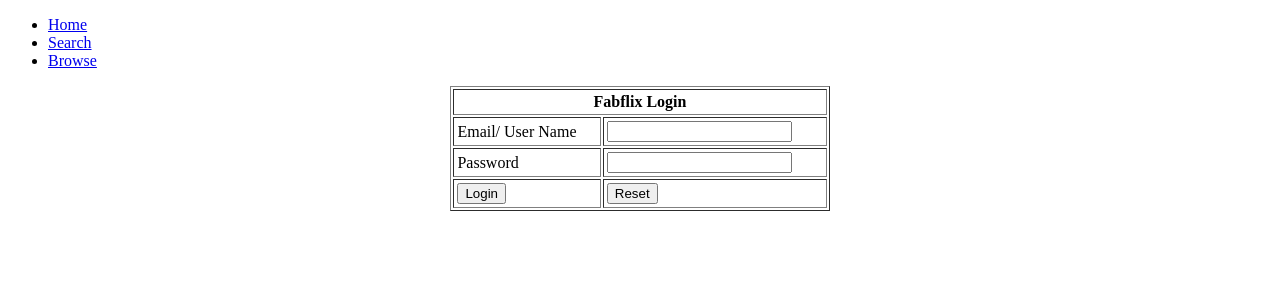
Repository: AndrewHarryKim/cs122B
Page: http://localhost/FabFlix/Main
The author's editor kept a copy of each file at every save. The page is drawn from the files as they stood at one save, then again after the next save.
The browser window is 1280 px wide. The pictures show the whole page.
The page is served by Tomcat 9. Other server files are loaded and not shown.

Above is the page before, as saved 2016-04-21 10:02:30.

### Site2/FabFlix/WebContent/WEB-INF/main.jsp
<%@include file='var.jsp'%>
<%
	// This portion of the code is vital to make it so the user cannot access a page w/o being logged in.
    if ((session.getAttribute("email") == null) || (session.getAttribute("email") == "")) {
		String redirectURL = loginPath+"?message=";

        RequestDispatcher dispatcher = null;
		dispatcher = getServletContext().getRequestDispatcher("/WEB-INF/"+redirectURL);
        dispatcher.forward(request, response);
    }

%>
<%@include file="header.jsp" %>
Welcome <%=session.getAttribute("first_name")%>
<a align= "right" href=<%=logoutPath+""%>>Log out</a>
<%
	out.println("</br>");
    out.println("<a href='"+browseGenre+"'>Browse by Genre</a>");
    out.println("<a href='"+browseTitle+"'>Browse by Title</a>");
%>

### Site2/FabFlix/WebContent/WEB-INF/var.jsp
<!-- This File holds the Login Details and other Globals -->
<%
	// This is the Login for the DB
	String DB_USER= "root";
	String DB_PASS="pops711";
	// This is the location of the Login Portal
	String loginPath="index.jsp";
	// This is the location of the Login-Authentication
	String authLoginPath="Login";
	// This is the location of the Logout script
	String logoutPath="logout.jsp";
	//This is the location of the HomePage
	String homePath="Main";
	// This is the location of the Search Page
	String searchPath="";
	// This is the location of the General Browsing Page and the sub-pages
	String browsePath="browse.jsp";
	String browseGenre="browse.jsp?by=genre";
	String browseTitle="browse.jsp?by=title";
	// This is the location of the movie-list after you find one.
	String movieListPath="movie-list.jsp";
%>

### Site2/FabFlix/WebContent/WEB-INF/header.jsp
<header class="siteHeader">
	<nav class="navbar">
		<ul class="navlist">
			<li><a href="/FabFlix/home">Home</a></li>
			<li><a href="/FabFlix/search">Search</a></li>
			<li><a href="/FabFlix/browse">Browse</a></li>
		</ul>
	</nav>
</header>

### Site2/FabFlix/WebContent/WEB-INF/index.jsp
<%@include file='var.jsp'%>
<%@page contentType="text/html" pageEncoding="UTF-8"%>
<!DOCTYPE html>
<html>
    <head>
        <meta http-equiv="Content-Type" content="text/html; charset=UTF-8">
        <title>JSP Example</title>
    </head>
    <body>
    <%@include file="header.jsp" %>
        <form method="post" action=<%=authLoginPath+""%>>
            <center>
            <table border="1" width="30%" cellpadding="3">
                <thead>
                    <tr>
                        <th colspan="2">Fabflix Login</th>
                    </tr>
                </thead>
                <tbody>
                    <tr>
                        <td>Email/ User Name</td>
                        <td><input type="text" name="email" value="" /></td>
                    </tr>
                    <tr>
                        <td>Password</td>
                        <td><input type="password" name="password" value="" /></td>
                    </tr>
                    <tr>
                        <td><input type="submit" value="Login" /></td>
                        <td><input type="reset" value="Reset" /></td>
                    </tr>

                    <!--
                    <tr>
                        <td colspan="2">Yet Not Registered!! <a href="reg.jsp">Register Here</a></td>
                    </tr>
                    -->
                </tbody>

            </table>
            <%
                if (request.getParameter("message") == null) {
                    //out.println("");
                }
                else {
                    out.println("<div>"+request.getParameter("message")+"</div>");
                }
            %>
            </center>
        </form>
    </body>
</html>

### Site2/FabFlix/src/com/simple/Main.java
package com.simple;

import java.io.IOException;

import javax.servlet.RequestDispatcher;
import javax.servlet.ServletException;
import javax.servlet.annotation.WebServlet;
import javax.servlet.http.HttpServlet;
import javax.servlet.http.HttpServletRequest;
import javax.servlet.http.HttpServletResponse;

/**
 * Servlet implementation class Main
 */
@WebServlet("/Main")
public class Main extends HttpServlet {
	private static final long serialVersionUID = 1L;

    /**
     * @see HttpServlet#HttpServlet()
     */
    public Main() {
        super();
        // TODO Auto-generated constructor stub
    }

	/**
	 * @see HttpServlet#doGet(HttpServletRequest request, HttpServletResponse response)
	 */
	protected void doGet(HttpServletRequest request, HttpServletResponse response) throws ServletException, IOException {
		// TODO Auto-generated method stub
		RequestDispatcher dispatcher = request.getServletContext().getRequestDispatcher("/WEB-INF/main.jsp");
		dispatcher.forward(request, response);
	}

	/**
	 * @see HttpServlet#doPost(HttpServletRequest request, HttpServletResponse response)
	 */
	protected void doPost(HttpServletRequest request, HttpServletResponse response) throws ServletException, IOException {
		// TODO Auto-generated method stub
		doGet(request, response);
	}

}

### Site2/FabFlix/WebContent/css/styles.css
@CHARSET "ISO-8859-1";



body{
	background-color: #ffdb4d;
	margin: 0px;
}

.indent{
	margin-left: 3%;
}
.starInfoHeader{
	width: 10%;
	display: inline-block;
}
.starInfoDiv{
	height: 100%;
	width: 100%;
	vertical-align: middle;
}

.movieListHeader{
	border-bottom: solid 1px black;
}
.movieListHeader div{
	display: inline-block;
	border-right: 1px solid black;
	width: 10%;
	vertical-align: middle;
}

.movieRow{
	border-bottom: solid 1px black;
	margin-top: 15px;
	height: 60px;
}
.movieInfoDiv{
	display: inline-block;
	border-right: 1px solid black;
	height: 100%;
	width: 10%;
	vertical-align: middle;
}

div.movieName{
	width: 15%;
}
div.movieStarList{
	width: 30%;
}
div.movieGenreList{
	width: 14%;
	border-right: none;
}


.navbar{
	background-color: lightblue;
	border-bottom: solid 3px black
}

.navlist{
	list-style-type: none;
    padding: 0px;
    margin: 0px;
}
.navlist li {
    display: inline-block;
    font-size: 20px;
    margin: 0px -4px 0px 0px;
}
.navlist li a {
    text-decoration: none;
    color: black;
    width:100%;
    height 100%;
    padding: 0px 3px 0px 3px;
}
.navlist li a:hover {
    color: white;
    background-color: #7BB8CC;
}



.searchContainer{
	background-color: lightblue;
	padding-right: 1.75%;
	padding-left: 1.75%;
	padding-top: 10px;
	height: 32px;
	width: 100%;
	margin-left: -1%;
}

.dbSearchBox {
	width: 89%;
	height: 16px;
}

.searchButton{
	width: 9%;
	height: 22px;
}

After the next save:
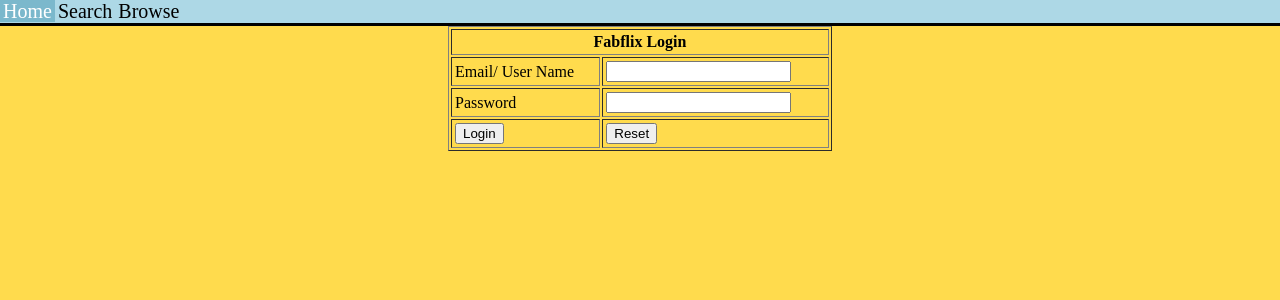
Saved 39 s later.
--- a/Site2/FabFlix/WebContent/WEB-INF/index.jsp
+++ b/Site2/FabFlix/WebContent/WEB-INF/index.jsp
@@ -3,6 +3,7 @@
 <!DOCTYPE html>
 <html>
     <head>
+	<link rel="stylesheet" type="text/css" href="css/styles.css">
         <meta http-equiv="Content-Type" content="text/html; charset=UTF-8">
         <title>JSP Example</title>
     </head>
